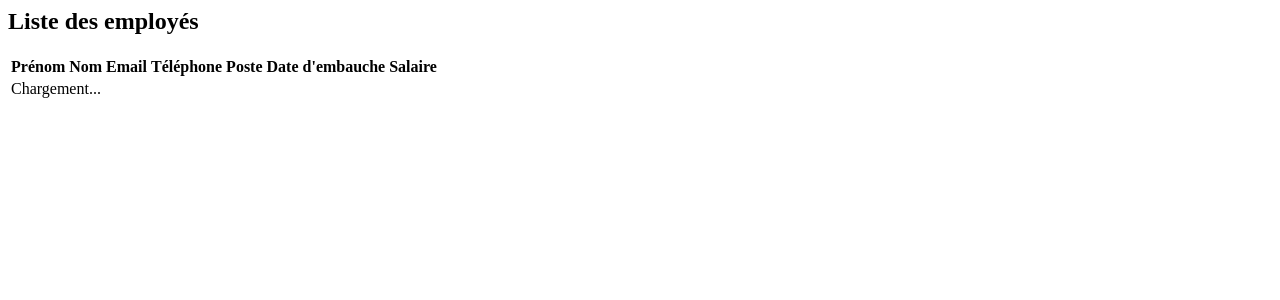
Repository: amosndayikeza-dev/Reviewa
Page: public/assets/html/manager/employees-content.html
The author's editor kept a copy of each file at every save. The page is drawn from the files as they stood at one save, then again after the next save.
The browser window is 1280 px wide. The pictures show the whole page.

Above is the page before, as saved 2026-06-01 14:24:13.
Console error: ReferenceError: lo is not defined

After the next save:
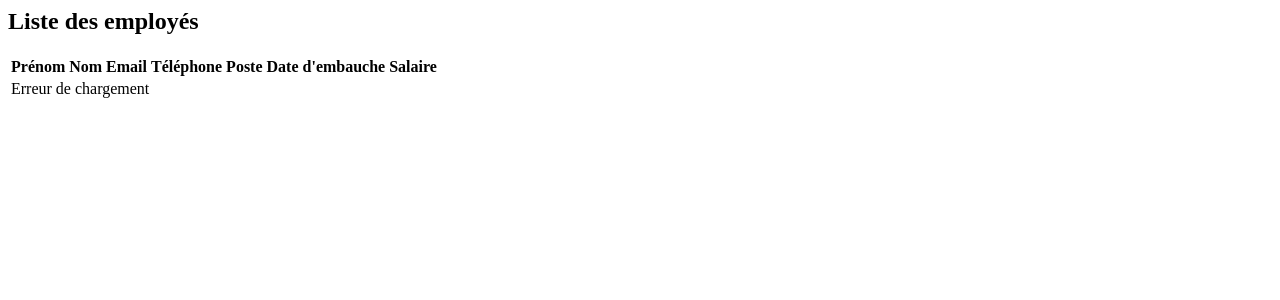
The error is gone.
Saved 13 s later.
--- a/public/assets/html/manager/employees-content.html
+++ b/public/assets/html/manager/employees-content.html
@@ -47,5 +47,5 @@ async function loadEmployees() {
         tbody.innerHTML = '<tr><td colspan="7" class="mgr-empty-hint tft-clr-red">Erreur de chargement</td></tr>';
     }
 }
-lo
+loadEmployees();
 </script>
